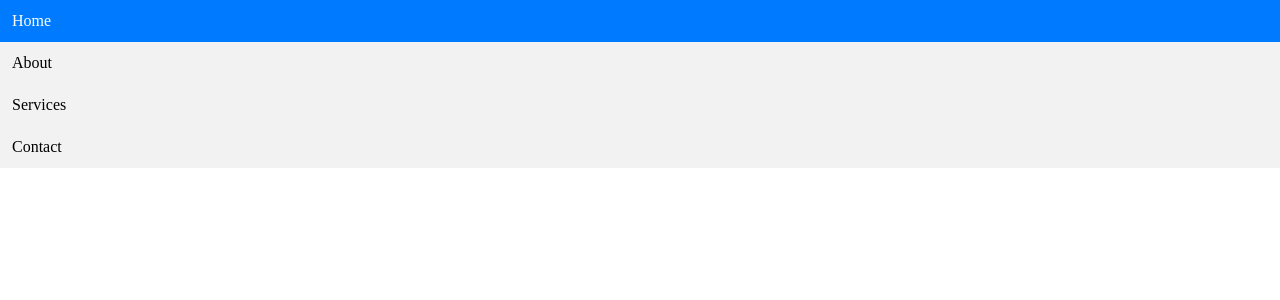
Repository: G1tHub-zer0/BTTH
Page: BTCSS/bai16+20.html
An editor plug-in stored every save of this project. The page is shown before and after the next save, followed by the edit.
The browser window is 1280 px wide. The pictures show the whole page.

Above is the page before, as saved 2024-03-22 19:30:13.

After the next save:
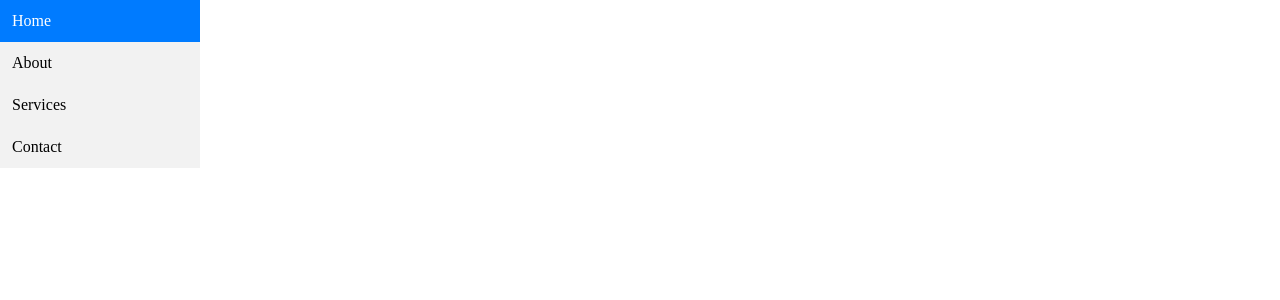
Saved 10 min 38 s later.
--- a/BTCSS/bai16+20.css
+++ b/BTCSS/bai16+20.css
@@ -3,7 +3,7 @@ body {
   padding: 0;
   box-sizing: border-box;
 }
-s .menu {
+.menu {
   width: 200px;
 }
 
